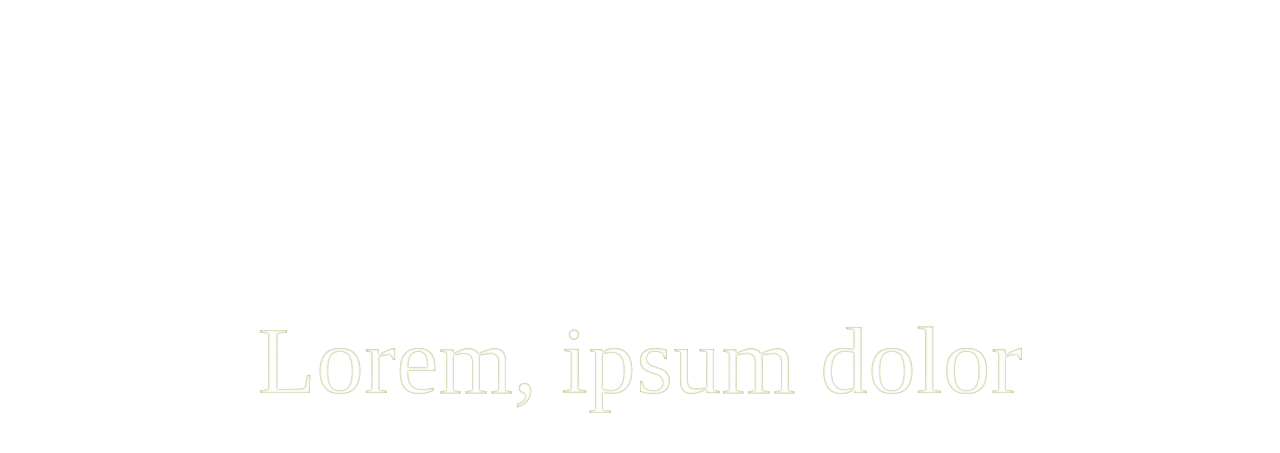
Repository: zuuo/--
Page: 文字颜色跑马灯/index.html
The author's editor kept a copy of each file at every save. The page is drawn from the files as they stood at one save, then again after the next save.
The browser window is 1280 px wide. The pictures show the whole page.
The style sheet was rebuilt from its Sass, Less or Tailwind sources for each picture, by a compiler version that may differ from the author's.

Above is the page before, as saved 2024-02-29 21:38:15.

### 文字颜色跑马灯/index.html
<!DOCTYPE html>
<html lang="en">

<head>
    <meta charset="UTF-8">
    <meta name="viewport" content="width=device-width, initial-scale=1.0">
    <title>Document</title>
    <link rel="stylesheet" href="./style.css">
</head>

<body>
    <div class="box">
        <p>Lorem, ipsum dolor</p>
    </div>
</body>

</html>

### 文字颜色跑马灯/style.less
body {
    margin: 0;
    padding: 0;
}

.box {
    width: 100vw;
    height: 100vh;
    background-color: #1a1919;
    font-size: 96px;
    display: flex;
    align-items: center;
    justify-content: center;
    text-shadow: 0 0 2px #fff;
    color: transparent;
    background-image: linear-gradient(to top, #09fd1d, #f10d0d);
    background-size: cover;
    background-repeat: no-repeat;
    background-clip: text;
}

After the next save:
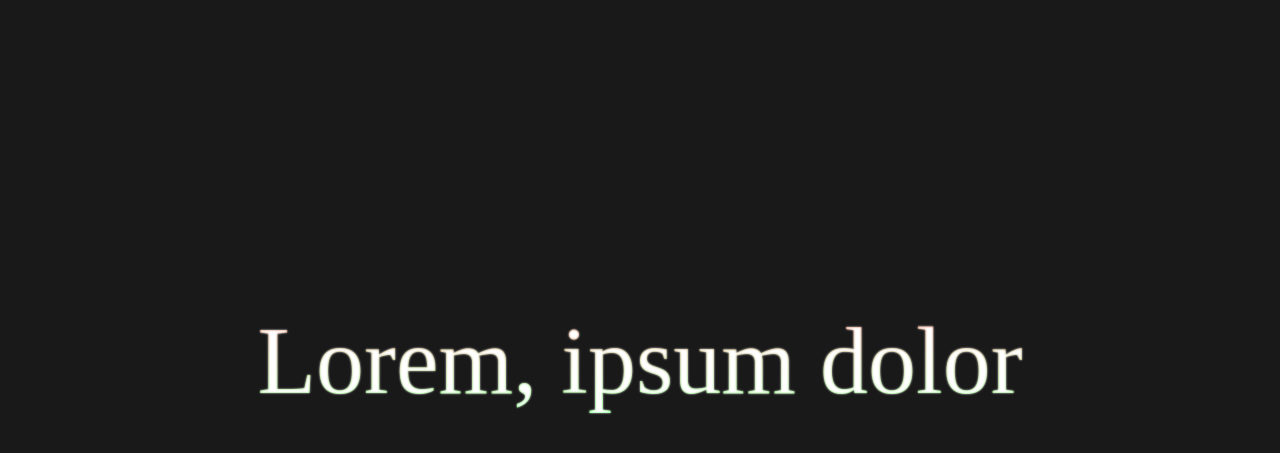
Saved 14 s later.
--- a/文字颜色跑马灯/style.less
+++ b/文字颜色跑马灯/style.less
@@ -11,10 +11,14 @@
     display: flex;
     align-items: center;
     justify-content: center;
-    text-shadow: 0 0 2px #fff;
-    color: transparent;
-    background-image: linear-gradient(to top, #09fd1d, #f10d0d);
-    background-size: cover;
-    background-repeat: no-repeat;
-    background-clip: text;
+
+    p {
+
+        text-shadow: 0 0 2px #fff;
+        color: transparent;
+        background-image: linear-gradient(to top, #09fd1d, #f10d0d);
+        background-size: cover;
+        background-repeat: no-repeat;
+        background-clip: text;
+    }
 }
